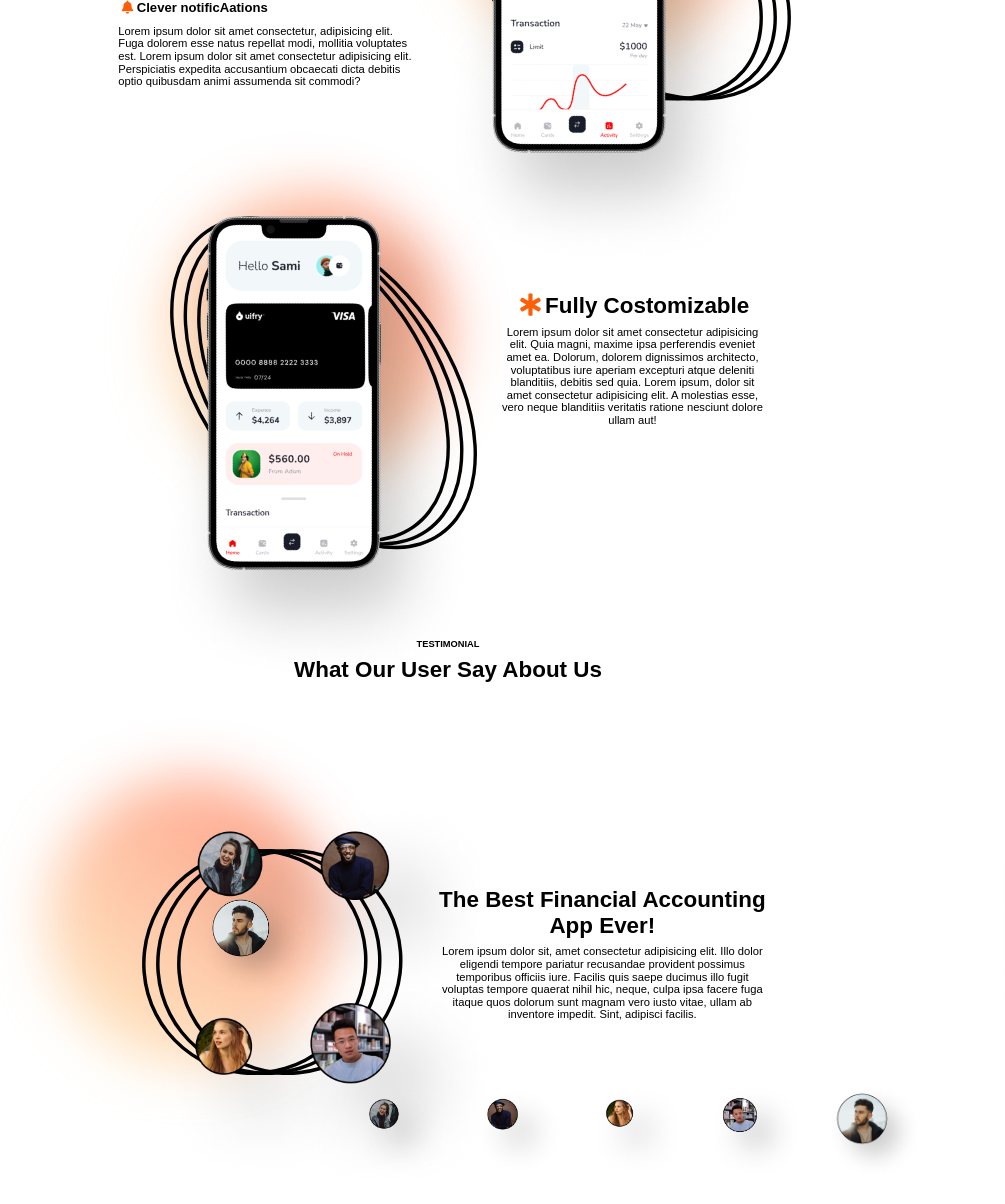
Repository: sakshambansal7/Uifry
Page: index.html
These files come from the project's save history. The page is drawn as it stood at one moment and after a run of saves; the edit follows.
The browser window is 1280 px wide. The page is 1435 px wide, so the pictures cover 1435 px, including what lies to the right of the window. The pictures show the part of the page from y = 1714 to 3434 px (the page is 3434 px tall), at 70% of full size.
Some web libraries are served in a nearby version.

Above is the page before, as saved 2024-06-12 22:47:19.

After the next 5 saves:
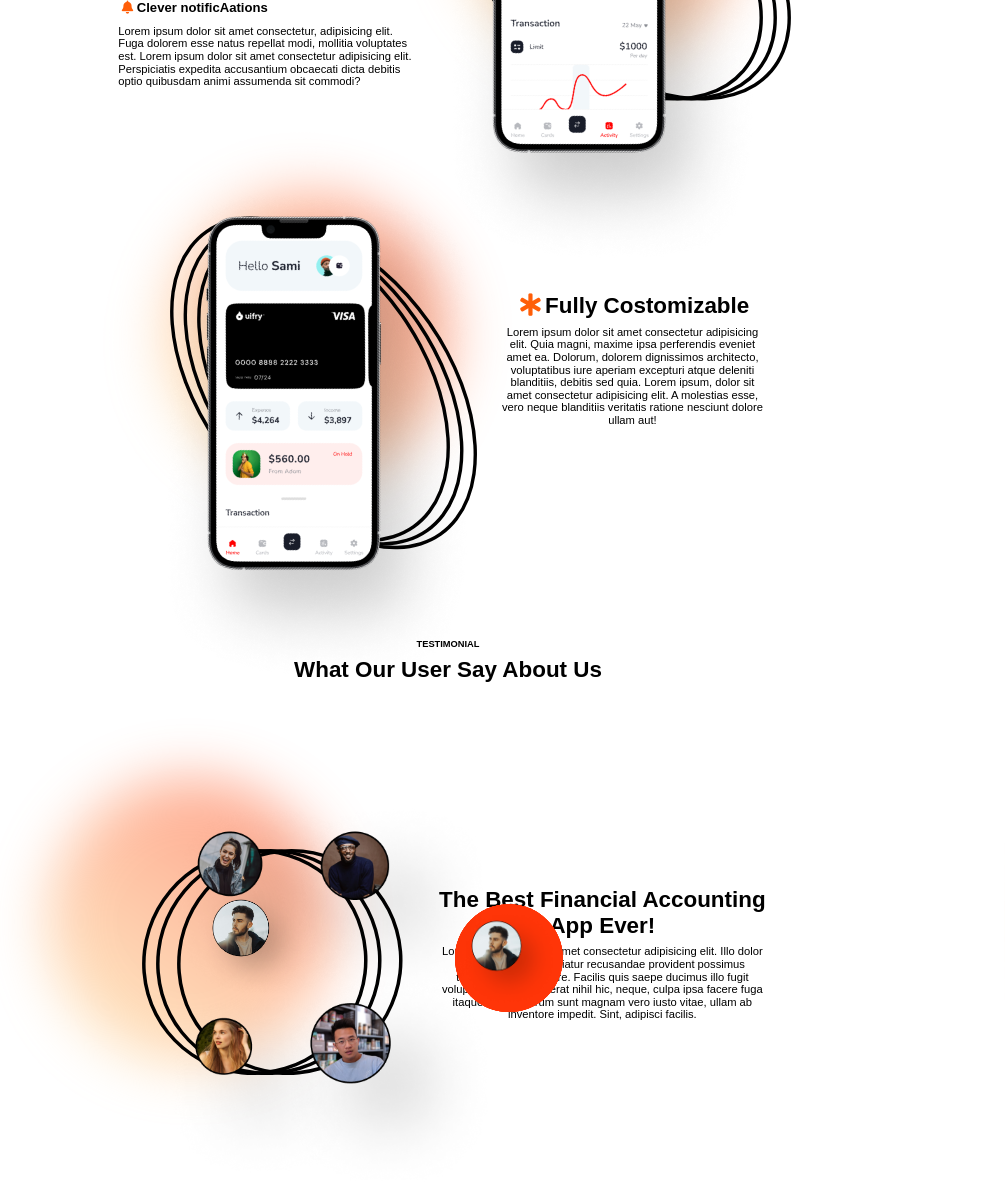
The 5 saves are shown as one change because they came seconds apart.
The last was saved 13 s later.
--- a/style.css
+++ b/style.css
@@ -432,7 +432,7 @@
 
 /* Style each img to be circular and centered */
 .images img {
-  pos
+  position: absolute;
   background-color: #ff3508;
   width: 20vh;
   height: 20vh;

After the save that followed:
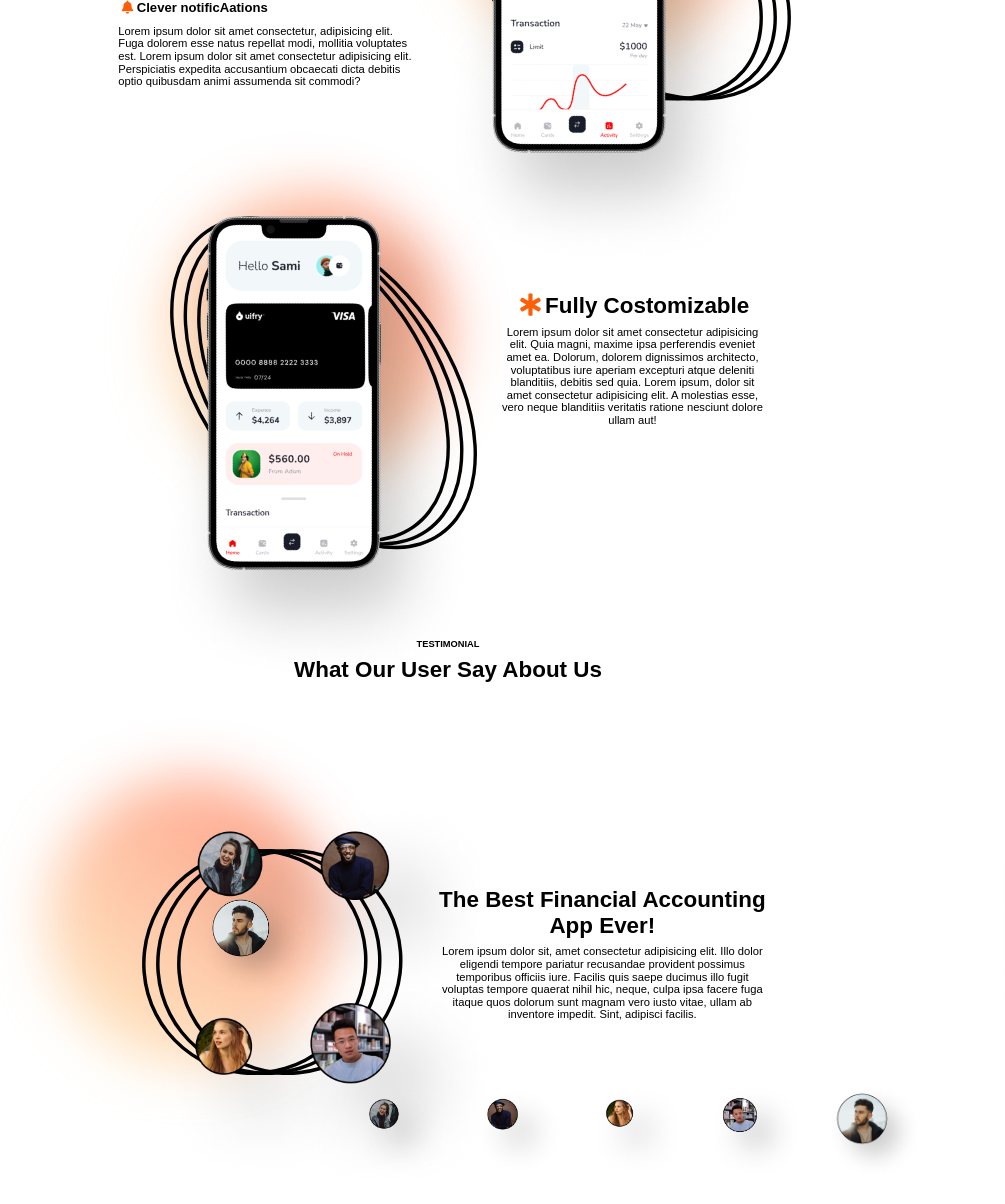
Saved 12 s later.
--- a/style.css
+++ b/style.css
@@ -432,8 +432,7 @@
 
 /* Style each img to be circular and centered */
 .images img {
-  position: absolute;
-  background-color: #ff3508;
+
   width: 20vh;
   height: 20vh;
   border-radius: 50%;
